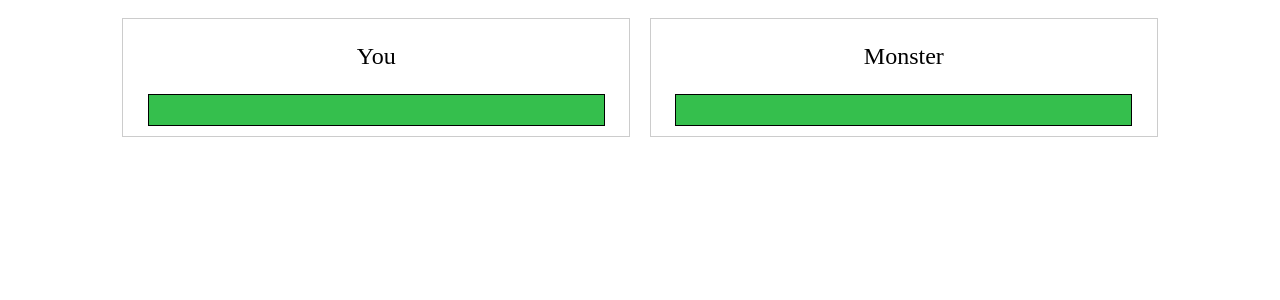
Repository: jakublack/game-fight-vue
Page: /
The author's editor kept a copy of each file at every save. The page is drawn from the files as they stood at one save, then again after the next save.
The browser window is 1280 px wide. The pictures show the whole page.
The project was rebuilt for these pictures with package versions that can differ from the ones it lists, and the page was loaded fresh each time.

Above is the page before, as saved 2018-08-08 20:46:06.

After the next save:
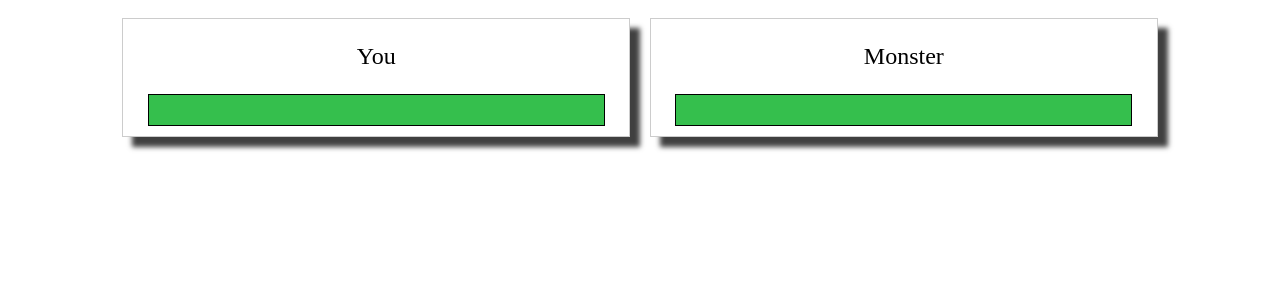
Saved 43 s later.
--- a/src/components/Game.vue
+++ b/src/components/Game.vue
@@ -36,6 +36,7 @@ export default {
   margin: 10px;
   text-align: center;
   border: 1px solid #ccc;
+  box-shadow: 10px 10px 5px 0px rgba(0,0,0,0.75);
 }
 
 .person--player p {
